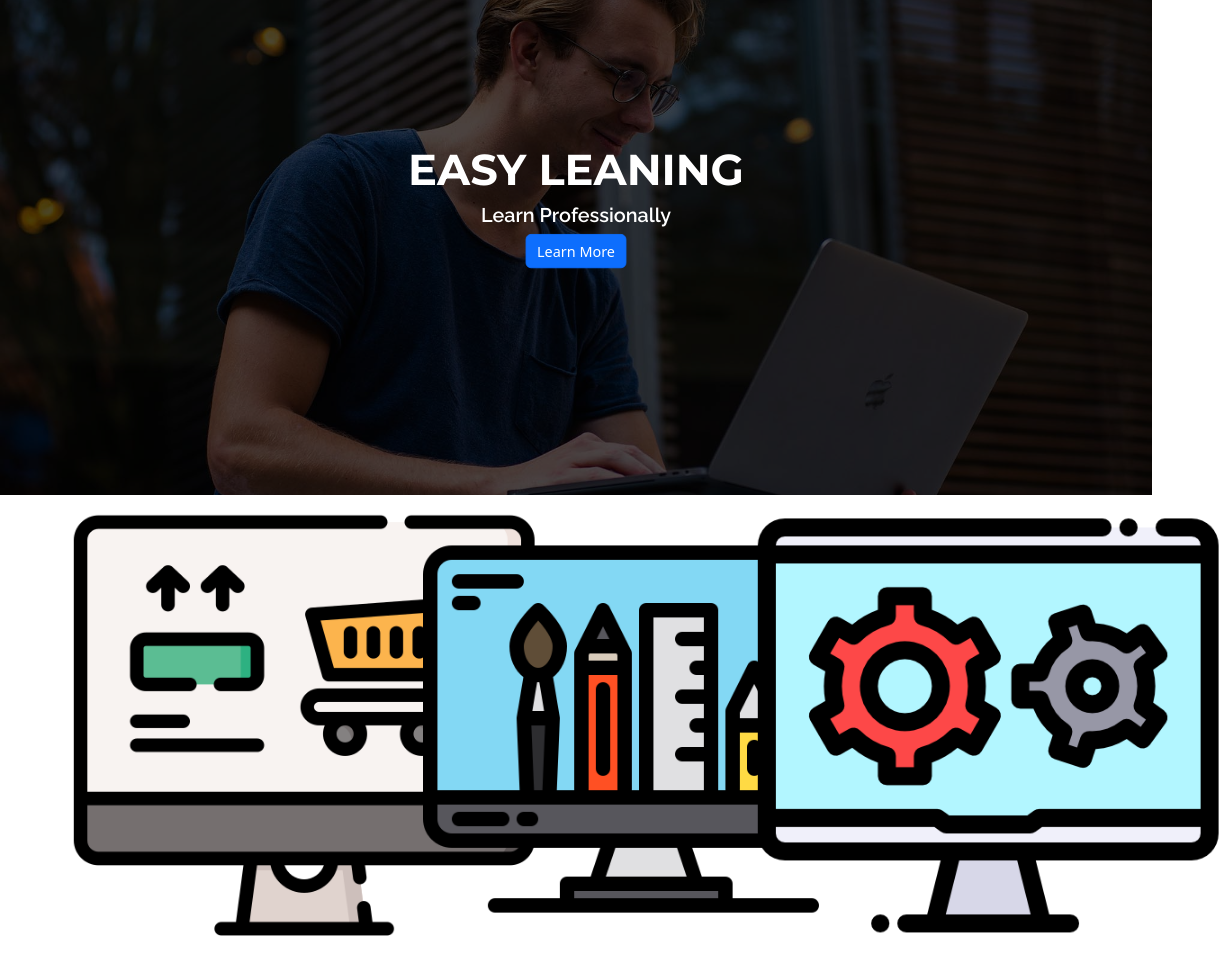
Repository: masamichan/free_video_app
Page: /
An editor plug-in stored every save of this project. The page is shown before and after the next save, followed by the edit.
The browser window is 1280 px wide. The page is 1354 px wide, so the pictures cover 1354 px, including what lies to the right of the window. The pictures show the whole page, at 90% of full size.
Backgrounds fixed to the window are drawn as part of the page. The project was rebuilt for these pictures with package versions that can differ from the ones it lists, and the page was loaded fresh each time.

Above is the page before, as saved 2023-01-22 11:32:41.

### public/index.html
<!DOCTYPE html>
<html lang="en">
  <head>
    <meta charset="utf-8" />
    <link rel="icon" href="%PUBLIC_URL%/icon.png" />
    <meta name="viewport" content="width=device-width, initial-scale=1" />
    <meta name="theme-color" content="#000000" />
    <meta
      name="description"
      content="Web site created using create-react-app"
    />

    <link rel="manifest" href="%PUBLIC_URL%/manifest.json" />

    <link rel="preconnect" href="https://fonts.googleapis.com">
    <link rel="preconnect" href="https://fonts.gstatic.com" crossorigin>
    <link
      href="https://fonts.googleapis.com/css2?family=Montserrat:wght@400;700;800&family=Raleway:wght@300;400;600;700&display=swap"
      rel="stylesheet">

    <title>Easy Leaning</title>
  </head>
  <body>
    <noscript>You need to enable JavaScript to run this app.</noscript>
    <div style="width: 100%;" id="root"></div>

  </body>
</html>

### src/App.js
import React from "react";
import Services from "./components/Services/Services";
import { TopBanner } from "./components/TopBanner/TopBanner";

function App() {
  return (
    <div>
      <TopBanner />
      <Services />
    </div>
  );
}

export default App;

### src/components/Services/Services.jsx
import React, { Component, Fragment } from "react";
import { Col, Container, Row } from "react-bootstrap";
import designIcon from "../../asset/image/design.png";
import ecommerceIcon from "../../asset/image/ecommerce.png";
import webIcon from "../../asset/image/web.png";

export class Services extends Component {
  render() {
    return (
      <Fragment>
        <Container>
          <Row>
            <Col lg={4} md={6} sm={12}>
              <div>
                <img className="ecommerceIcon" src={ecommerceIcon} />
              </div>
            </Col>
            <Col lg={4} md={6} sm={12}>
              <div>
                <img src={designIcon} />
              </div>
            </Col>
            <Col lg={4} md={6} sm={12}>
              <div>
                <img src={webIcon} />
              </div>
            </Col>
          </Row>
        </Container>
      </Fragment>
    );
  }
}

export default Services;

### src/components/TopBanner/TopBanner.jsx
import React, { Component, Fragment } from "react";
import { Button, Col, Container, Row } from "react-bootstrap";
import "../../asset/css/custom.css";
import "../../asset/css/bootstrap.css";

export class TopBanner extends Component {
  render() {
    return (
      <Fragment>
        <Container fluid={true} className="topFixedBanner p-0">
          <div className="topBannerOverlay">
            <Container className="topContent">
              <Row>
                <Col className="text-center">
                  <h1 className="topTitle">EASY LEANING</h1>
                  <h4 className="topSubTitle">Learn Professionally</h4>
                  <Button variant="primary">Learn More</Button>
                </Col>
              </Row>
            </Container>
          </div>
        </Container>
      </Fragment>
    );
  }
}

export default TopBanner;

### src/asset/css/custom.css
.topFixedBanner {
  background-image: url("../image/banner.jpg");
  min-height: 550px;
  background-attachment: fixed;
  background-position: center;
  background-repeat: no-repeat;
  background-size: cover;
}
.topBannerOverlay {
  position: absolute;
  min-height: 550px;
  width: 100%;
  background: rgb(0, 0, 0, 0.7);
}

.topContent {
  margin-top: 10em;
}

.topTitle {
  font-family: "Montserrat", sans-serif;
  font-weight: 700;
  color: #ffffff;
  font-size: 48px;
}

.topSubTitle {
  font-family: "Raleway", san-serif;
  font-weight: 600;
  color: #ffffff;
  font-size: 22px;
}

Loaded but not shown: src/index.js (common file); src/asset/css/bootstrap.css (library)

After the next save:
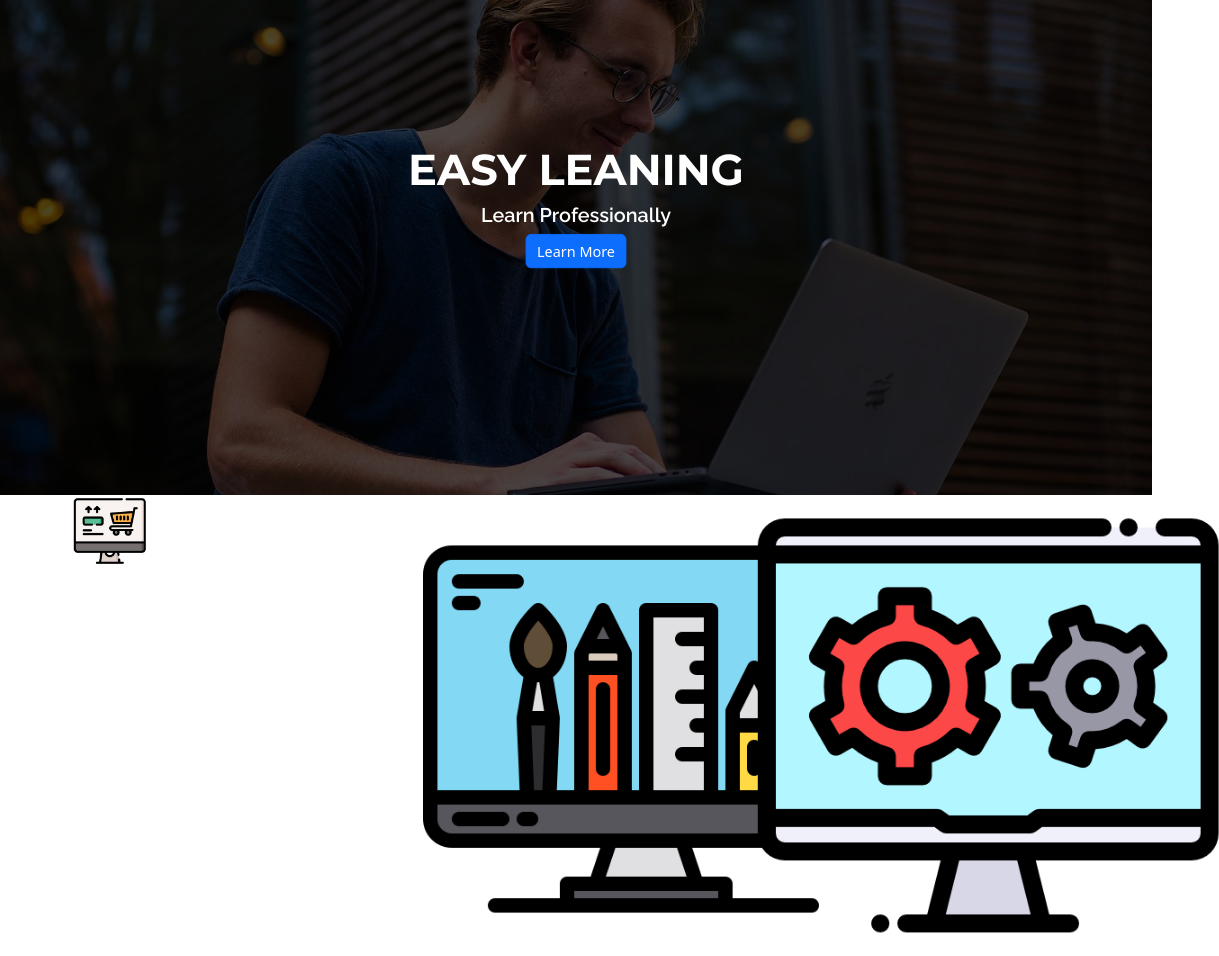
Saved 4 min 8 s later.
--- a/src/asset/css/custom.css
+++ b/src/asset/css/custom.css
@@ -30,3 +30,18 @@
   color: #ffffff;
   font-size: 22px;
 }
+
+.ecommerceIcon {
+  height: 80px;
+  width: 80px;
+}
+
+.designIcon {
+  height: 80px;
+  width: 80px;
+}
+
+.webIcon {
+  height: 80px;
+  width: 80px;
+}
